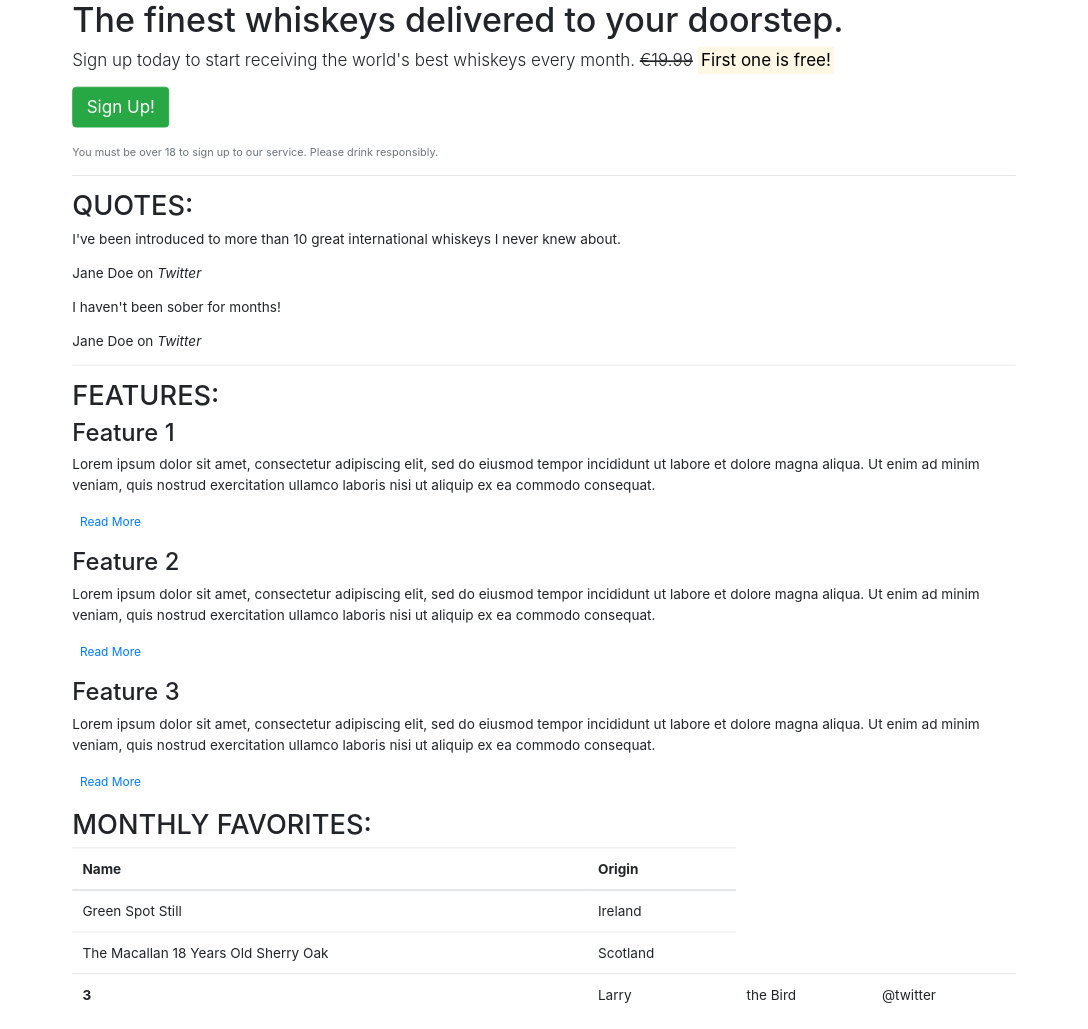
Repository: grisselfaura/BootstrappingYourNextBigIdea-BS4
Page: index.html
The author's editor kept a record of every edit. The page is drawn from the files as they stood at one moment, then again after the next edit.
The browser window is 1280 px wide. The pictures show the whole page, at 85% of full size.

Above is the page before.

After the next edit:
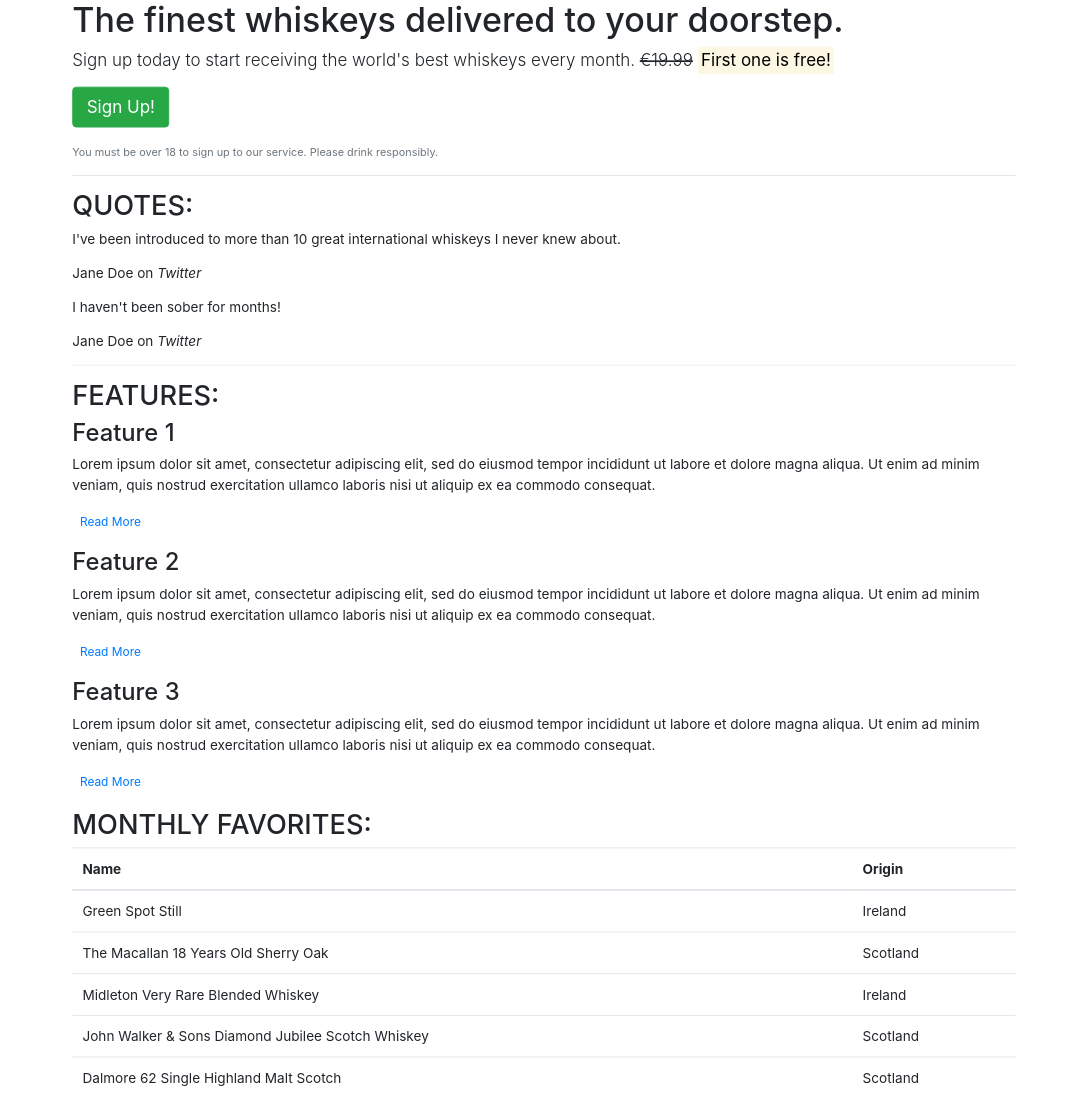
The edit:
--- a/index.html
+++ b/index.html
@@ -74,11 +74,17 @@
               <td>Scotland</td>
             </tr>
             <tr>
-              <th scope="row">3</th>
-              <td>Larry</td>
-              <td>the Bird</td>
-              <td>@twitter</td>
-            </tr>
+              <td>Midleton Very Rare Blended Whiskey</td>
+              <td>Ireland</td>
+             </tr>
+            <tr>
+              <td>John Walker & Sons Diamond Jubilee Scotch Whiskey</td>
+              <td>Scotland</td>
+             </tr>
+              <tr>
+              <td>Dalmore 62 Single Highland Malt Scotch</td>
+              <td>Scotland</td>
+             </tr>
           </tbody>
         </table>
          </section>
